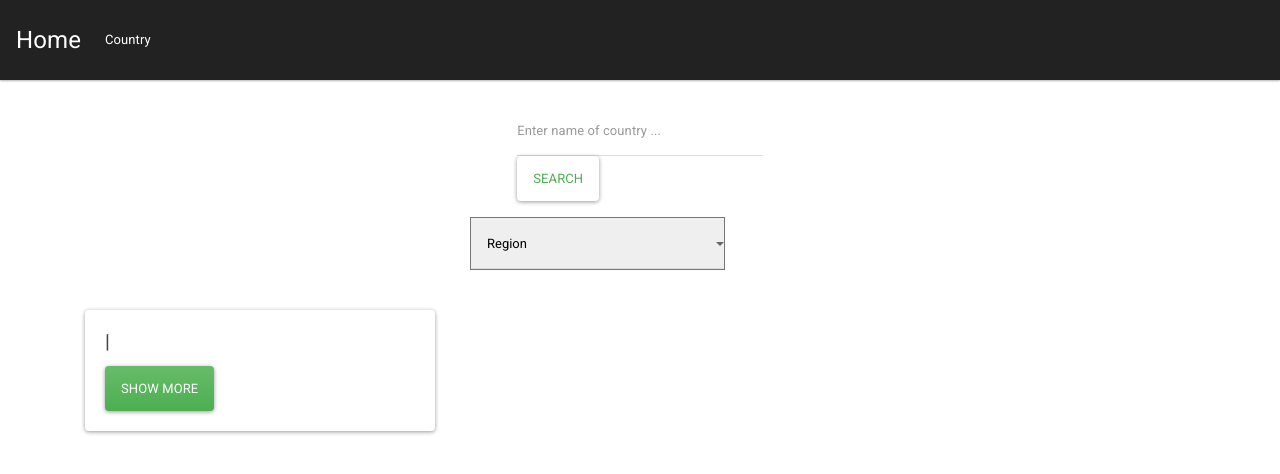
Repository: abdelhak-f/Countries_React
Page: / (app in client/)
The author's editor kept a copy of each file at every save. The page is drawn from the files as they stood at one save, then again after the next save.
The browser window is 1280 px wide. The pictures show the whole page.
The page's requests for data from a server got no answer. The project was rebuilt for these pictures with package versions that can differ from the ones it lists, and the page was loaded fresh each time. No one was signed in, and anything a server would have sent is missing. Also part of the build but not shown: client/src/components/countrys/ProfilCountry.jsx.

Above is the page before, as saved 2021-05-12 10:48:49.

### client/src/App.js
import  React from 'react';
import './App.css';
import Countries from  './components/AllCountries';
import  Navbar from './components/partials/Navbar';
import ProfileCountry from './components/countrys/ProfilCountry'
import SearchCountry from './components/countrys/SearchCountry'
import { BrowserRouter as Router, Switch, Route} from 'react-router-dom';

function App() {
  return (
    <Router>
    <div className="App">
      <Navbar />
      <div className="container">
      <Switch>
       <Route exact path="/" component={Countries} />
       <Route path="/" component={ProfileCountry}/>
       <Route path="/" component={SearchCountry}/>
      {/* <ProfileCountry/>
      <Countries /> */}
    </Switch>
      </div>
    </div>
    </Router>
  );
}

export default App;

### client/src/components/AllCountries.jsx
import React, { Component } from 'react';
import  Country  from  './countrys/Country';
import SearchCountry from './countrys/SearchCountry';
import ContinentRegion from './countrys/ContinentRegion';
import axios from 'axios';

class AllCountries extends Component  {

    constructor(props) {
        super(props)

        this.state = {
             countries: [
                 {

                 }
             ]
        }
    }
    getCountry = () => {
        axios.get(`https://restcountries.eu/rest/v2/all`)
                       .then(response => {
                           this.setState({
                            countries: response.data
                           })
                       })
    }
    componentDidMount() {
        this.getCountry()
    }
    // searchCountry =( data) => {
    //      if(data != ''){
    //           axios.get(`https://restcountries.eu/rest/v2=${data}`)
    //           .then(response => {
    //             this.setState({
    //               countries: response.data.items

    //             })
    //           })
    //      }
    // }

  render() {
    return (
      <div>
          <div className="row   my-2">
              <div className="col-md-12">
       <SearchCountry getCountrySearch={this.searchCountry} />
              </div>
              <div className="col-md-12">
       <ContinentRegion />
              </div>
          </div>
          <div className="row">
        {this.state.countries.map (country => (
            <div className="col-md-4 mt-3 key={name.id}">
              <Country  country={country} />
               </div>
        ))}
        </div>
      </div>
    )
  }
}

export default AllCountries

### client/src/components/partials/Navbar.jsx
import React from 'react';
import { Link } from 'react-router-dom';

export default function Navbar() {
  return (
    <>
    <nav className="navbar navbar-expand-sm navbar-dark bg-dark">
        <Link className="navbar-brand" to="/">Home</Link>
        <button className="navbar-toggler d-lg-none" type="button" data-toggle="collapse" data-target="#collapsibleNavId" aria-controls="collapsibleNavId"
            aria-expanded="false" aria-label="Toggle navigation">
            <span className="navbar-toggler-icon"></span>
        </button>
        <div className="collapse navbar-collapse" id="collapsibleNavId">
            <ul className="navbar-nav mr-auto mt-2 mt-lg-0">
                <li className="nav-item active">
                    <a className="nav-link" href="#">Country <span className="sr-only">(current)</span></a>
                </li>
            </ul>

        </div>
    </nav>
    </>
  );
}

### client/src/components/countrys/SearchCountry.jsx
// import React, { Component } from 'react'

// class SearchCountry extends Component {
//     state = {
//         search : ''
//     }
//     handleForm  = (e) => {
//         this.setState({
//             search:e.target.value
//         })
//     }

//     searchCountries= (e) => {
//         e.preventDefault();
//         this.props.getCountrySearch(this.state.search)
//     }
//   render() {
//       const {search} = this.state;
//     return (

//         <form onSubmit={this.searchCountries}>
//             <div className="form-group ">
//                 <input onChange={this.handleForm} value={search} placeholder='Search countries ...' id="search" type="text" className="form-control"/>
//                 </div>
//                 {/* {search} */}
//                 <button className="btn btn-danger">Search</button>
//         </form>

//     )
//   }
// }

// export default SearchCountry

/* eslint-disable array-callback-return */
/* eslint-disable react-hooks/exhaustive-deps */

import { Link } from 'react-router-dom';
import React, { useState, useEffect } from 'react';

const SearchCountry = ({ alpha3Code, alpha2Code, flag, name}) => {

    const [Data, setData] = useState([])
    const [input, setInput] = useState('')
    const [output, setOutput] = useState([])

    // get data
    useEffect(() => {
        fetch('https://restcountries.eu/rest/v2/all')
            .then(res => res.json())
            .then(data => setData(data));
    }, [])

    // filter data

    useEffect(() => {
        setOutput([])
        Data.filter(val => {
            if (val.alpha3Code.toUpperCase().includes(input.toUpperCase())) {
                setOutput(output => [...output, val])
            }
        })

    }, [input]);

    return (
        <div>
            <div className="container-fluid w-25 p-3">
                <form className="">
                    <input onChange={e => setInput(e.target.value)} className="form-control" type="search" placeholder="Enter name of country ..." aria-label="Search" />
                    <button className="btn btn-outline-success" type="submit">Search</button>
                </form>
            </div>

            <div className="countainer-fluid ml-5 col-6">
                {SearchCountry && output.map((res, index) => (
                    <>
                        <div key={index} className='card-body'>
                                <img className="card-img-top"  src={res.flag} alt="flag" />
                             <div className="card-text">
                                <p>{res.alpha3Code} </p>
                                <p>{res.alpha2Code}</p>
                                <Link to={`/ProfilCountry/${res.name}`}>
                                    <button className="btn btn-success">show more</button>
                                </Link>

                            </div>
                        </div>
                    </>
                ))}
            </div>
        </div>
    );
}

export default SearchCountry;

### client/src/components/countrys/Country.jsx
import React, { Component } from 'react';
import { Link } from 'react-router-dom';


  class Country extends Component{
    constructor(props) {
      super(props);
      this.state = {};
      console.log(props.data);
    }

  render() {
    return (
      <>
         <div className="card">
                   <img className="card-img-top" src= {this.props.country.flag}  alt="" />
                   <div className="card-body">
                   <h4 className="card-title">{this.props.country.alpha2Code} | {this.props.country.alpha3Code}</h4>
                       <p className="card-text">

                           <Link to={'/ProfilCountry/' +this.props.country.name} className="btn btn-success">show more</Link>

                           {/* <a href={this.props.country.regionalBlocs} className="btn btn-success ">profile</a> */}
                       </p>
                   </div>
                   </div>
      </>
    )
    }
  }


export default Country ;

### client/src/components/countrys/ContinentRegion.jsx
/* eslint-disable array-callback-return */
/* eslint-disable react-hooks/exhaustive-deps */
import React, { useState, useEffect } from "react";



   const ContinentRegion = () => {
    const [Data, setData] = useState([])
    const [input, setInput] = useState({ name:''})
    const [output, setOutput] = useState([])

    useEffect(() => {
        fetch('https://restcountries.eu/rest/v2/all')
            .then(res => res.json())
            .then(data => setData(data));
    },[])

    useEffect(() => {
        setOutput([])
        Data.filter(val => {
            if (val.region.includes(input)) {
                setOutput(output => [...output, val])
            }
        })

    }, [input]);
    console.log('code=>', input);

    return (
        <div className= 'container select col-md-4'>
            <select name='name' onChange={e => setInput(e.target.value)} class="form-select form-select-sm  w-75 p-3" aria-label=".form-select-sm example">
                <option selected>Region</option>
                {/* <option value="All">All</option> */}
                <option value="Africa">Africa</option>
                <option value="Asia">Asia</option>
                <option value="Europe">Europe</option>
                <option value="Oceania">Oceania</option>
            </select>
            <div className="card row   my-2">
                {output.map((res, index) => (
                    <>
                        <div className='card my-2' key={index}>
                                <img className="card-img-top " src={res.flag} alt="flag" />
                            <div className='card-body'>
                                <h2>{res.name} </h2>
                                <p>region:{res.region}</p>
                                <p>capital:{res.capital}</p>
                            </div>
                        </div>
                    </>
                ))}
            </div>
        </div>
    );
}

export default ContinentRegion

Loaded but not shown: client/public/index.html (common file); client/src/index.js (common file); client/src/App.css (library)

After the next save:
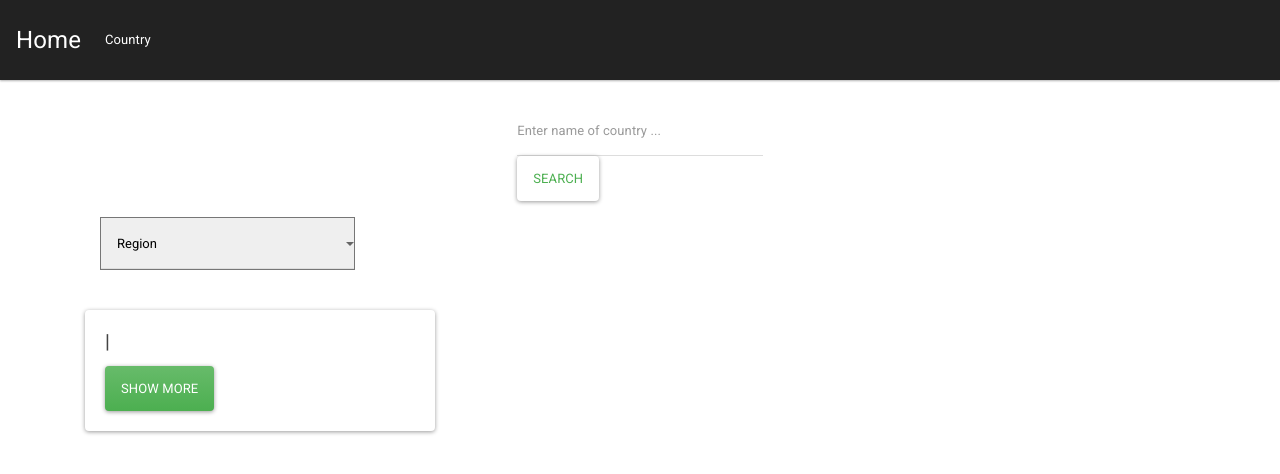
Saved 14 s later.
--- a/client/src/components/countrys/ContinentRegion.jsx
+++ b/client/src/components/countrys/ContinentRegion.jsx
@@ -27,7 +27,7 @@
     console.log('code=>', input);
 
     return (
-        <div className= 'container select col-md-4'>
+        <div className= ' select col-md-4'>
             <select name='name' onChange={e => setInput(e.target.value)} class="form-select form-select-sm  w-75 p-3" aria-label=".form-select-sm example">
                 <option selected>Region</option>
                 {/* <option value="All">All</option> */}

After the save that followed:
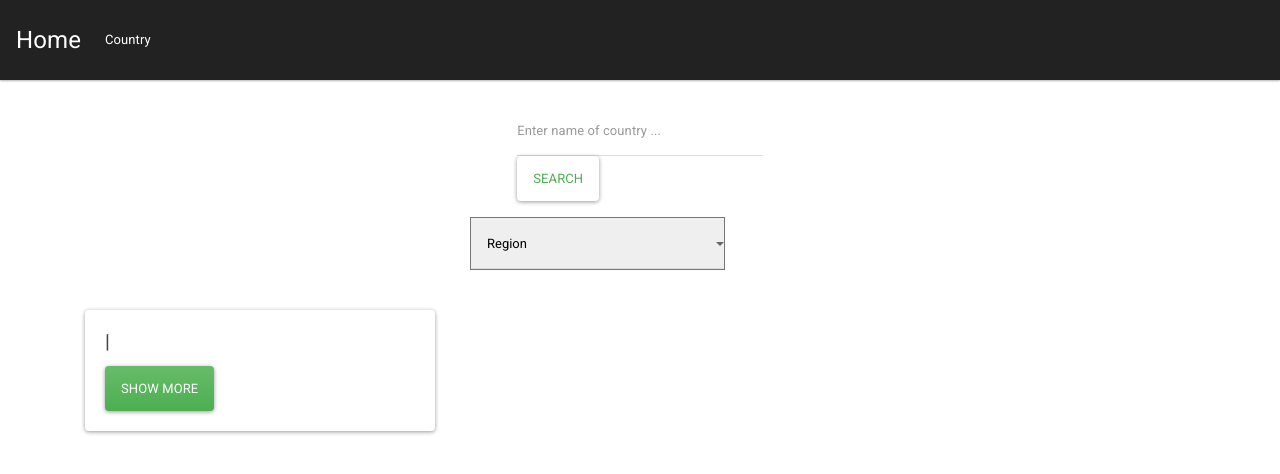
Saved 7 s later.
--- a/client/src/components/countrys/ContinentRegion.jsx
+++ b/client/src/components/countrys/ContinentRegion.jsx
@@ -27,7 +27,7 @@
     console.log('code=>', input);
 
     return (
-        <div className= ' select col-md-4'>
+        <div className= 'container select col-md-4'>
             <select name='name' onChange={e => setInput(e.target.value)} class="form-select form-select-sm  w-75 p-3" aria-label=".form-select-sm example">
                 <option selected>Region</option>
                 {/* <option value="All">All</option> */}
